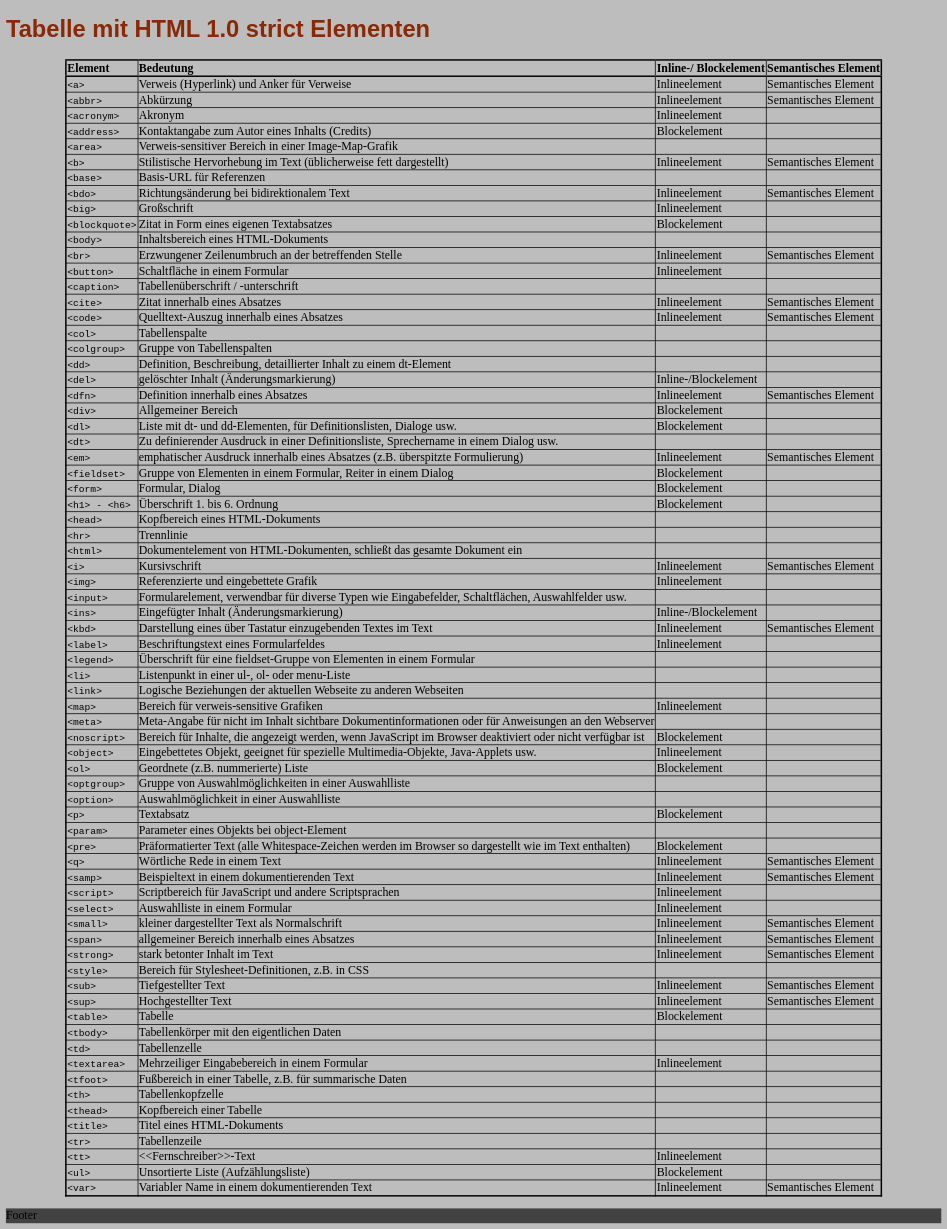
Repository: pLurchi/MyWebengineeringRepo
Page: RemoteSystemsTempFiles/HA-Kapitel06/WebContent/index.html
The author's editor kept a copy of each file at every save. The page is drawn from the files as they stood at one save, then again after the next save.
The browser window is 1280 px wide. The pictures show the whole page, at 74% of full size.

Above is the page before, as saved 2013-11-30 10:12:31.

### RemoteSystemsTempFiles/HA-Kapitel06/WebContent/index.html
<?xml version="1.0" encoding="UTF-8" ?>
<!DOCTYPE html PUBLIC "-//W3C//DTD XHTML 1.0 Strict//EN" "http://www.w3.org/TR/xhtml1/DTD/xhtml1-strict.dtd">
<html xmlns="http://www.w3.org/1999/xhtml">
<head>
<meta http-equiv="Content-Type" content="text/html; charset=UTF-8" />
<link type="text/css" rel="stylesheet" href="CSS/stylesheet.css" />

<title>HA-Kapitel06</title>
</head>
<body>

<div id="headerdiv">
	<h1>Tabelle mit HTML 1.0 strict Elementen</h1>
</div>

<div id="bodydiv">
	<table class="wiki-content-table">

		<colgroup>
    		<col width="1*" />
    		<col width="4*" />
    		<col width="1*" />
		    <col width="1*" />
  		</colgroup>

		<tr>
			<th>Element</th>
			<th>Bedeutung</th>
			<th>Inline-/ Blockelement</th>
			<th>Semantisches Element</th>
		</tr>

		<tr>
			<td><tt>&lt;a&gt;</tt></td>
			<td>Verweis (Hyperlink) und Anker für Verweise</td>
			<td>Inlineelement</td>
			<td>Semantisches Element</td>
		</tr>
		<tr>
			<td><tt>&lt;abbr&gt;</tt></td>
			<td>Abkürzung</td>
			<td>Inlineelement</td>
			<td>Semantisches Element</td>
		</tr>
		<tr>
			<td><tt>&lt;acronym&gt;</tt></td>
			<td>Akronym</td>
			<td>Inlineelement</td>
			<td></td>
		</tr>
		<tr>
			<td><tt>&lt;address&gt;</tt></td>
			<td>Kontaktangabe zum Autor eines Inhalts (Credits)</td>
			<td>Blockelement</td>
			<td></td>
		</tr>
		<tr>
			<td><tt>&lt;area&gt;</tt></td>
			<td>Verweis-sensitiver Bereich in einer Image-Map-Grafik</td>
			<td></td>
			<td></td>
		</tr>
		<tr>
			<td><tt>&lt;b&gt;</tt></td>
			<td>Stilistische Hervorhebung im Text (üblicherweise fett dargestellt)</td>
			<td>Inlineelement</td>
			<td>Semantisches Element</td>
		</tr>
		<tr>
			<td><tt>&lt;base&gt;</tt></td>
			<td>Basis-URL für Referenzen</td>
			<td></td>
			<td></td>
		</tr>
		<tr>
			<td><tt>&lt;bdo&gt;</tt></td>
			<td>Richtungsänderung bei bidirektionalem Text</td>
			<td>Inlineelement</td>
			<td>Semantisches Element</td>
		</tr>
		<tr>
			<td><tt>&lt;big&gt;</tt></td>
			<td>Großschrift</td>
			<td>Inlineelement</td>
			<td></td>
		</tr>
		<tr>
			<td><tt>&lt;blockquote&gt;</tt></td>
			<td>Zitat in Form eines eigenen Textabsatzes</td>
			<td>Blockelement</td>
			<td></td>
		</tr>
		<tr>
			<td><tt>&lt;body&gt;</tt></td>
			<td>Inhaltsbereich eines HTML-Dokuments</td>
			<td></td>
			<td></td>
		</tr>
		<tr>
			<td><tt>&lt;br&gt;</tt></td>
			<td>Erzwungener Zeilenumbruch an der betreffenden Stelle</td>
			<td>Inlineelement</td>
			<td>Semantisches Element</td>
		</tr>
		<tr>
			<td><tt>&lt;button&gt;</tt></td>
			<td>Schaltfläche in einem Formular</td>
			<td>Inlineelement</td>
			<td></td>
		</tr>
		<tr>
			<td><tt>&lt;caption&gt;</tt></td>
			<td>Tabellenüberschrift / -unterschrift</td>
			<td></td>
			<td></td>
		</tr>
		<tr>
			<td><tt>&lt;cite&gt;</tt></td>
			<td>Zitat innerhalb eines Absatzes</td>
			<td>Inlineelement</td>
			<td>Semantisches Element</td>
		</tr>
		<tr>
			<td><tt>&lt;code&gt;</tt></td>
			<td>Quelltext-Auszug innerhalb eines Absatzes</td>
			<td>Inlineelement</td>
			<td>Semantisches Element</td>
		</tr>
		<tr>
			<td><tt>&lt;col&gt;</tt></td>
			<td>Tabellenspalte</td>
			<td></td>
			<td></td>
		</tr>
		<tr>
			<td><tt>&lt;colgroup&gt;</tt></td>
			<td>Gruppe von Tabellenspalten</td>
			<td></td>
			<td></td>
		</tr>
		<tr>
			<td><tt>&lt;dd&gt;</tt></td>
			<td>Definition, Beschreibung, detaillierter Inhalt zu einem dt-Element</td>
			<td></td>
			<td></td>
		</tr>
		<tr>
			<td><tt>&lt;del&gt;</tt></td>
			<td>gelöschter Inhalt (Änderungsmarkierung)</td>
			<td>Inline-/Blockelement</td>
			<td></td>
		</tr>
		<tr>
			<td><tt>&lt;dfn&gt;</tt></td>
			<td>Definition innerhalb eines Absatzes</td>
			<td>Inlineelement</td>
			<td>Semantisches Element</td>
		</tr>
		<tr>
			<td><tt>&lt;div&gt;</tt></td>
			<td>Allgemeiner Bereich</td>
			<td>Blockelement</td>
			<td></td>
		</tr>
		<tr>
			<td><tt>&lt;dl&gt;</tt></td>
			<td>Liste mit dt- und dd-Elementen, für Definitionslisten, Dialoge usw.</td>
			<td>Blockelement</td>
			<td></td>
		</tr>
		<tr>
			<td><tt>&lt;dt&gt;</tt></td>
			<td>Zu definierender Ausdruck in einer Definitionsliste, Sprechername in einem Dialog usw.</td>
			<td></td>
			<td></td>
		</tr>
		<tr>
			<td><tt>&lt;em&gt;</tt></td>
			<td>emphatischer Ausdruck innerhalb eines Absatzes (z.B. überspitzte Formulierung)</td>
			<td>Inlineelement</td>
			<td>Semantisches Element</td>
		</tr>
		<tr>
			<td><tt>&lt;fieldset&gt;</tt></td>
			<td>Gruppe von Elementen in einem Formular, Reiter in einem Dialog</td>
			<td>Blockelement</td>
			<td></td>
		</tr>
		<tr>
			<td><tt>&lt;form&gt;</tt></td>
			<td>Formular, Dialog</td>
			<td>Blockelement</td>
			<td></td>
		</tr>
		<tr>
			<td><tt>&lt;h1&gt; - &lt;h6&gt;</tt></td>
			<td>Überschrift 1. bis 6. Ordnung</td>
			<td>Blockelement</td>
			<td></td>
		</tr>
		<tr>
			<td><tt>&lt;head&gt;</tt></td>
			<td>Kopfbereich eines HTML-Dokuments</td>
			<td></td>
			<td></td>
		</tr>
		<tr>
			<td><tt>&lt;hr&gt;</tt></td>
			<td>Trennlinie</td>
			<td></td>
			<td></td>
		</tr>
		<tr>
			<td><tt>&lt;html&gt;</tt></td>
			<td>Dokumentelement von HTML-Dokumenten, schließt das gesamte Dokument ein</td>
			<td></td>
			<td></td>
		</tr>
		<tr>
			<td><tt>&lt;i&gt;</tt></td>
			<td>Kursivschrift</td>
			<td>Inlineelement</td>
			<td>Semantisches Element</td>
		</tr>
		<tr>
			<td><tt>&lt;img&gt;</tt></td>
			<td>Referenzierte und eingebettete Grafik</td>
			<td>Inlineelement</td>
			<td></td>
		</tr>
		<tr>
			<td><tt>&lt;input&gt;</tt></td>
			<td>Formularelement, verwendbar für diverse Typen wie Eingabefelder, Schaltflächen, Auswahlfelder usw.</td>
			<td></td>
			<td></td>
		</tr>
		<tr>
			<td><tt>&lt;ins&gt;</tt></td>
			<td>Eingefügter Inhalt (Änderungsmarkierung)</td>
			<td>Inline-/Blockelement</td>
			<td></td>
		</tr>
		<tr>
			<td><tt>&lt;kbd&gt;</tt></td>
			<td>Darstellung eines über Tastatur einzugebenden Textes im Text</td>
			<td>Inlineelement</td>
			<td>Semantisches Element</td>
		</tr>
		<tr>
			<td><tt>&lt;label&gt;</tt></td>
			<td>Beschriftungstext eines Formularfeldes</td>
			<td>Inlineelement</td>
			<td></td>
		</tr>
		<tr>
			<td><tt>&lt;legend&gt;</tt></td>
			<td>Überschrift für eine fieldset-Gruppe von Elementen in einem Formular</td>
			<td></td>
			<td></td>
		</tr>
		<tr>
			<td><tt>&lt;li&gt;</tt></td>
			<td>Listenpunkt in einer ul-, ol- oder menu-Liste</td>
			<td></td>
			<td></td>
		</tr>
		<tr>
			<td><tt>&lt;link&gt;</tt></td>
			<td>Logische Beziehungen der aktuellen Webseite zu anderen Webseiten</td>
			<td></td>
			<td></td>
		</tr>
		<tr>
			<td><tt>&lt;map&gt;</tt></td>
			<td>Bereich für verweis-sensitive Grafiken</td>
			<td>Inlineelement</td>
			<td></td>
		</tr>
		<tr>
			<td><tt>&lt;meta&gt;</tt></td>
			<td>Meta-Angabe für nicht im Inhalt sichtbare Dokumentinformationen oder für Anweisungen an den Webserver</td>
			<td></td>
			<td></td>
		</tr>
		<tr>
			<td><tt>&lt;noscript&gt;</tt></td>
			<td>Bereich für Inhalte, die angezeigt werden, wenn JavaScript im Browser deaktiviert oder nicht verfügbar ist</td>
			<td>Blockelement</td>
			<td></td>
		</tr>
		<tr>
			<td><tt>&lt;object&gt;</tt></td>
			<td>Eingebettetes Objekt, geeignet für spezielle Multimedia-Objekte, Java-Applets usw.</td>
			<td>Inlineelement</td>
			<td></td>
		</tr>
		<tr>
			<td><tt>&lt;ol&gt;</tt></td>
			<td>Geordnete (z.B. nummerierte) Liste</td>
			<td>Blockelement</td>
			<td></td>
		</tr>
		<tr>
			<td><tt>&lt;optgroup&gt;</tt></td>
			<td>Gruppe von Auswahlmöglichkeiten in einer Auswahlliste</td>
			<td></td>
			<td></td>
		</tr>
		<tr>
			<td><tt>&lt;option&gt;</tt></td>
			<td>Auswahlmöglichkeit in einer Auswahlliste</td>
			<td></td>
			<td></td>
		</tr>
		<tr>
			<td><tt>&lt;p&gt;</tt></td>
			<td>Textabsatz</td>
			<td>Blockelement</td>
			<td></td>
		</tr>
		<tr>
			<td><tt>&lt;param&gt;</tt></td>
			<td>Parameter eines Objekts bei object-Element</td>
			<td></td>
			<td></td>
		</tr>
		<tr>
			<td><tt>&lt;pre&gt;</tt></td>
			<td>Präformatierter Text (alle Whitespace-Zeichen werden im Browser so dargestellt wie im Text enthalten)</td>
			<td>Blockelement</td>
			<td></td>
		</tr>
		<tr>
			<td><tt>&lt;q&gt;</tt></td>
			<td>Wörtliche Rede in einem Text</td>
			<td>Inlineelement</td>
			<td>Semantisches Element</td>
		</tr>
		<tr>
			<td><tt>&lt;samp&gt;</tt></td>
			<td>Beispieltext in einem dokumentierenden Text</td>
			<td>Inlineelement</td>
			<td>Semantisches Element</td>
		</tr>
		<tr>
			<td><tt>&lt;script&gt;</tt></td>
			<td>Scriptbereich für JavaScript und andere Scriptsprachen</td>
			<td>Inlineelement</td>
			<td></td>
		</tr>
		<tr>
			<td><tt>&lt;select&gt;</tt></td>
			<td>Auswahlliste in einem Formular</td>
			<td>Inlineelement</td>
			<td></td>
		</tr>
		<tr>
			<td><tt>&lt;small&gt;</tt></td>
			<td>kleiner dargestellter Text als Normalschrift</td>
			<td>Inlineelement</td>
			<td>Semantisches Element</td>
		</tr>
		<tr>
			<td><tt>&lt;span&gt;</tt></td>
			<td>allgemeiner Bereich innerhalb eines Absatzes</td>
			<td>Inlineelement</td>
			<td>Semantisches Element</td>
		</tr>
		<tr>
			<td><tt>&lt;strong&gt;</tt></td>
			<td>stark betonter Inhalt im Text</td>
			<td>Inlineelement</td>
			<td>Semantisches Element</td>
		</tr>
		<tr>
			<td><tt>&lt;style&gt;</tt></td>
			<td>Bereich für Stylesheet-Definitionen, z.B. in CSS</td>
			<td></td>
			<td></td>
		</tr>
		<tr>
			<td><tt>&lt;sub&gt;</tt></td>
			<td>Tiefgestellter Text</td>
			<td>Inlineelement</td>
			<td>Semantisches Element</td>
		</tr>
		<tr>
			<td><tt>&lt;sup&gt;</tt></td>
			<td>Hochgestellter Text</td>
			<td>Inlineelement</td>
			<td>Semantisches Element</td>
		</tr>
		<tr>
			<td><tt>&lt;table&gt;</tt></td>
			<td>Tabelle</td>
			<td>Blockelement</td>
			<td></td>
		</tr>
		<tr>
			<td><tt>&lt;tbody&gt;</tt></td>
			<td>Tabellenkörper mit den eigentlichen Daten</td>
			<td></td>
			<td></td>
		</tr>
		<tr>
			<td><tt>&lt;td&gt;</tt></td>
			<td>Tabellenzelle</td>
			<td></td>
			<td></td>
		</tr>
		<tr>
			<td><tt>&lt;textarea&gt;</tt></td>
			<td>Mehrzeiliger Eingabebereich in einem Formular</td>
			<td>Inlineelement</td>
			<td></td>
		</tr>
		<tr>
			<td><tt>&lt;tfoot&gt;</tt></td>
			<td>Fußbereich in einer Tabelle, z.B. für summarische Daten</td>
			<td></td>
			<td></td>
		</tr>
		<tr>
			<td><tt>&lt;th&gt;</tt></td>
			<td>Tabellenkopfzelle</td>
			<td></td>
			<td></td>
		</tr>
		<tr>
			<td><tt>&lt;thead&gt;</tt></td>
			<td>Kopfbereich einer Tabelle</td>
			<td></td>
			<td></td>
		</tr>
		<tr>
			<td><tt>&lt;title&gt;</tt></td>
			<td>Titel eines HTML-Dokuments</td>
			<td></td>
			<td></td>
		</tr>
		<tr>
			<td><tt>&lt;tr&gt;</tt></td>
			<td>Tabellenzeile</td>
			<td></td>
			<td></td>
		</tr>
		<tr>
			<td><tt>&lt;tt&gt;</tt></td>
			<td>&lt;&lt;Fernschreiber&gt;&gt;-Text</td>
			<td>Inlineelement</td>
			<td></td>
		</tr>
		<tr>
			<td><tt>&lt;ul&gt;</tt></td>
			<td>Unsortierte Liste (Aufzählungsliste)</td>
			<td>Blockelement</td>
			<td></td>
		</tr>
		<tr>
			<td><tt>&lt;var&gt;</tt></td>
			<td>Variabler Name in einem dokumentierenden Text</td>
			<td>Inlineelement</td>
			<td>Semantisches Element</td>
		</tr>
	</table>
</div>

<div id="footerdiv">
	<p>Footer</p>
</div>

</body>
</html>

### RemoteSystemsTempFiles/HA-Kapitel06/WebContent/CSS/stylesheet.css
@CHARSET "UTF-8";

/*Main Stylesheet of Web Eng G1 */

/*Colors
	gray: #BDBDBD;
	dark-gray: #424242;
	dark-orange: #8A2906;
*/


body {
	background-color: #BDBDBD;
}

#headerdiv {
	display:block;
	margin:auto;
}

#bodydiv {
	display:block;
	margin:auto;
}

#footerdiv {
	display:block;
	clear:both;
	margin:auto;
	height: 20px;
	background-color:#424242;

}



h1 {
	font-family:sans-serif;
	color: #8A2906;
}




table {
	border: 2px solid black;
	border-collapse: collapse;
	margin:auto;
}

th {
	border: 2px solid black;
	border-left: 1px solid black;
	border-right: 1px solid black;
	text-align: left;
	vertical-align:top;
}

td {
	border: 1px solid black;
	text-align: left;
	vertical-align:top;
}

After the next save:
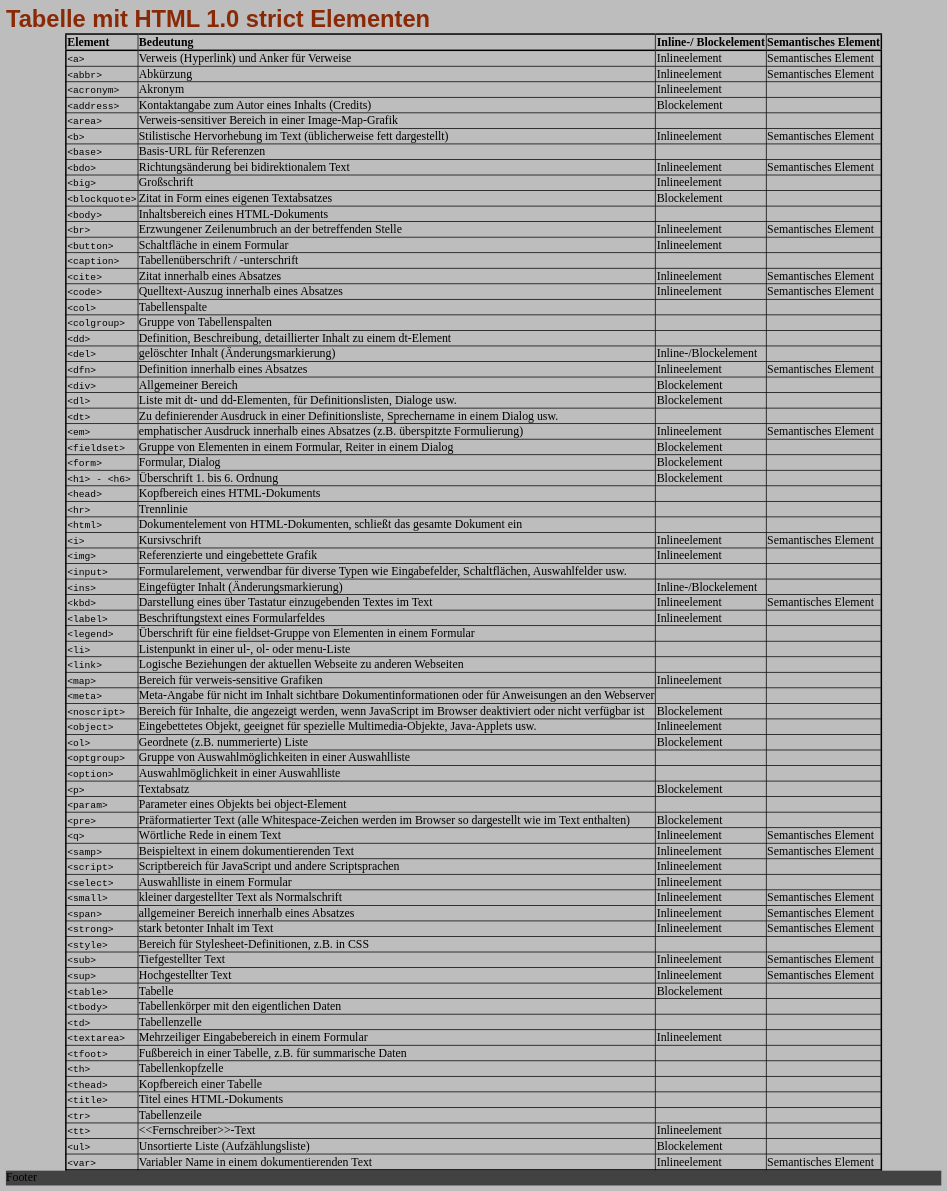
Saved 31 s later.
--- a/RemoteSystemsTempFiles/HA-Kapitel06/WebContent/CSS/stylesheet.css
+++ b/RemoteSystemsTempFiles/HA-Kapitel06/WebContent/CSS/stylesheet.css
@@ -35,11 +35,14 @@ body {
 
 
 h1 {
+	margin:auto;
 	font-family:sans-serif;
 	color: #8A2906;
 }
 
-
+p {
+	margin:auto;
+}
 
 
 table {
